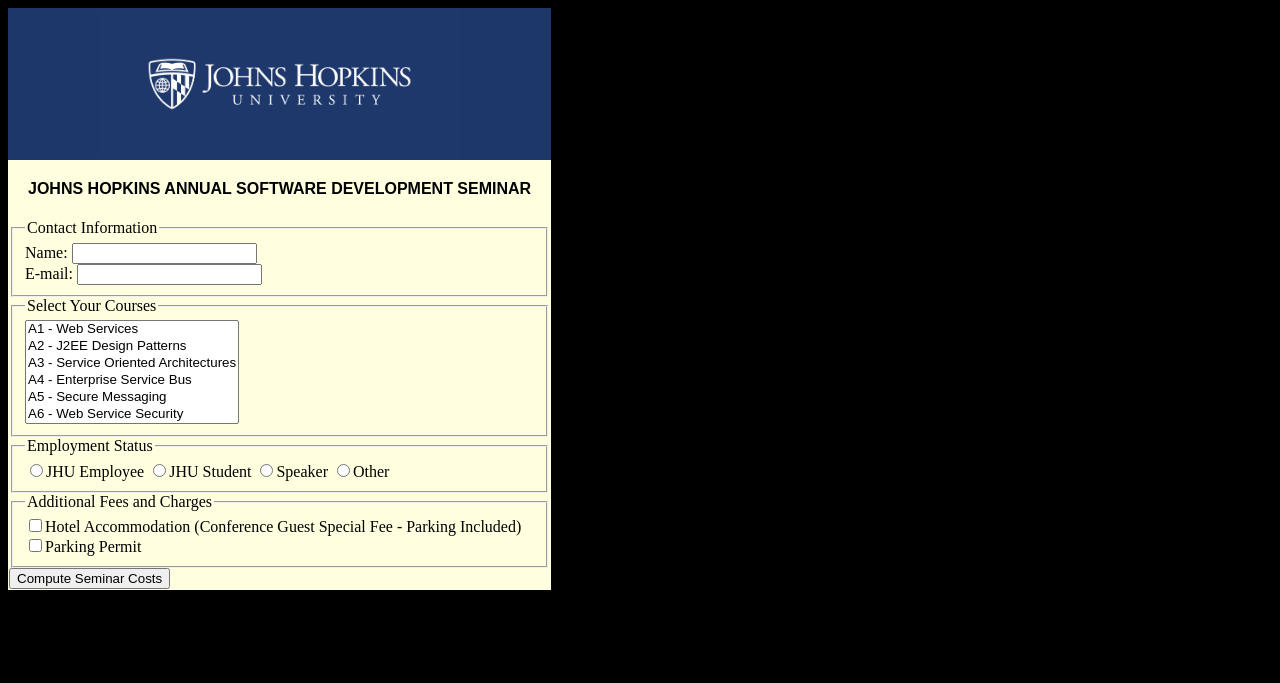
Repository: justinjwk/eclipse-workspace
Page: Homework2/WebContent/index.html
These files come from the project's save history. The page is drawn as it stood at one moment and after the next save; the edit follows.
The browser window is 1280 px wide. The pictures show the whole page.

Above is the page before, as saved 2019-06-12 03:23:33.

After the next save:
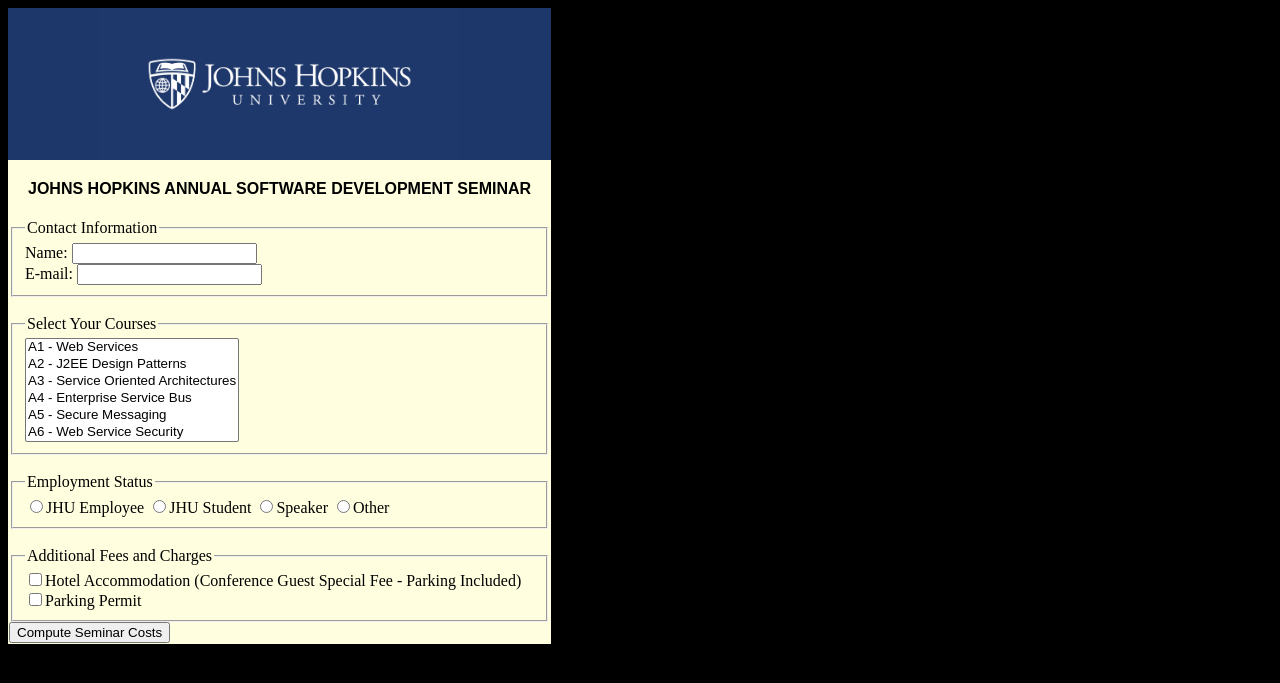
Saved 37 s later.
--- a/Homework2/WebContent/index.html
+++ b/Homework2/WebContent/index.html
@@ -8,7 +8,8 @@
 <body>
 	<table>
 		<tr>
-			<td class="tableImage"><img src="jhu_logo.png" alt="JHU Logo" height=150></td>
+			<td class="tableImage"><img src="jhu_logo.png" alt="JHU Logo"
+				height=150></td>
 		</tr>
 		<tr>
 			<th>JOHNS HOPKINS ANNUAL SOFTWARE DEVELOPMENT SEMINAR</th>
@@ -21,6 +22,7 @@
 						Name: <input type="name" name="name" required><br>
 						E-mail: <input type="email" name="email" required><br>
 					</fieldset>
+					<br>
 
 					<fieldset>
 						<legend>Select Your Courses</legend>
@@ -33,6 +35,7 @@
 							<option value="A6">A6 - Web Service Security</option>
 						</select>
 					</fieldset>
+					<br>
 
 					<fieldset>
 						<legend>Employment Status</legend>
@@ -42,6 +45,7 @@
 							type="radio" name="employmentstatus" value="speaker">Speaker
 						<input type="radio" name="employmentstatus" value="ohter">Other
 					</fieldset>
+					<br>
 
 					<fieldset>
 						<legend>Additional Fees and Charges</legend>
